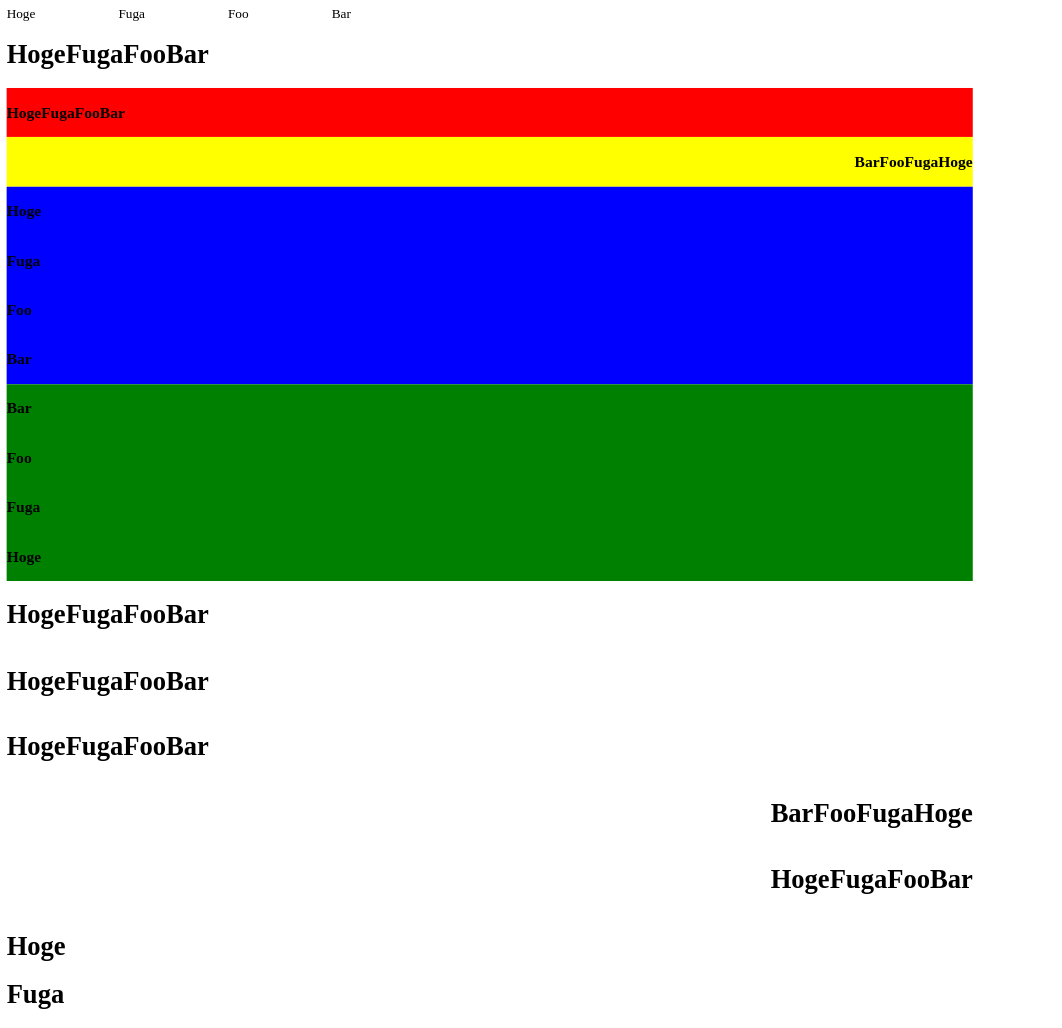
Repository: sachiko23/samurai_HTML-CSS
Page: flexbox.html
The author's editor kept a record of every edit. The page is drawn from the files as they stood at one moment, then again after the next edit.
The browser window is 1280 px wide. The pictures show the whole page, at 83% of full size.

Above is the page before.

### flexbox.html
<html lang="ja">
    <head>
        <style>
            .sort {
                display: flex;
                flex-wrap: wrap;
            }
            div {
                margin-right: 100px;
            }
            .parent {
                display: flex;
            }
            #sort {
                display: flex;
                flex-direction: row;
                background-color: red;
            }

            #reverse {
                display: flex;
                flex-direction: row-reverse;
                background-color: yellow;
            }

            #column {
                display: flex;
                flex-direction: column;
                background-color: blue;
            }

            #column-reverse {
                display: flex;
                flex-direction: column-reverse;
                background-color: green;
            }
            #no-wrap {
                display: flex;
                flex-wrap: nowrap;
            }
            #wrap {
                display: flex;
                flex-wrap: wrap;
            }
            #wrap-reverse {
                display: flex;
                flex-wrap: wrap-reverse;
            }
            #flex-flow {
                display: flex;
                flex-flow: row-reverse wrap;
            }
            #flex-end {
                display: flex;
                justify-content: flex-end;
            }
            #flex-start {
                display: flex;
                align-items: flex-start;
            }

        </style>
    </head>
    <body>
        <div class="sort">
            <div>
                Hoge
            </div>
            <div>
                Fuga
            </div>
            <div>
                Foo
            </div>
            <div>
                Bar
            </div>
        </div>
        <div class="parent">
            <h1>Hoge</h1>
            <h1>Fuga</h1>
            <h1>Foo</h1>
            <h1>Bar</h1>
        </div>
        <div id="sort">
            <h3>Hoge</h3>
            <h3>Fuga</h3>
            <h3>Foo</h3>
            <h3>Bar</h3>
        </div>
        <div id="reverse">
            <h3>Hoge</h3>
            <h3>Fuga</h3>
            <h3>Foo</h3>
            <h3>Bar</h3>
        </div>
        <div id="column">
            <h3>Hoge</h3>
            <h3>Fuga</h3>
            <h3>Foo</h3>
            <h3>Bar</h3>
        </div>
        <div id="column-reverse">
            <h3>Hoge</h3>
            <h3>Fuga</h3>
            <h3>Foo</h3>
            <h3>Bar</h3>
        </div>
        <div id="no-wrap">
            <h1>Hoge</h1>
            <h1>Fuga</h1>
            <h1>Foo</h1>
            <h1>Bar</h1>
        </div>
        <div id="wrap">
            <h1>Hoge</h1>
            <h1>Fuga</h1>
            <h1>Foo</h1>
            <h1>Bar</h1>
        </div>
        <div id="wrap-reverse">
            <h1>Hoge</h1>
            <h1>Fuga</h1>
            <h1>Foo</h1>
            <h1>Bar</h1>
        </div>
        <div id="flex-flow">
            <h1>Hoge</h1>
            <h1>Fuga</h1>
            <H1>Foo</H1>
            <h1>Bar</h1>
        </div>
        <div id="flex-end">
            <h1>Hoge</h1>
            <h1>Fuga</h1>
            <h1>Foo</h1>
            <h1>Bar</h1>
        </div>
        <div id="flex-starrt">
        <h1>Hoge</h1>
        <h1>Fuga</h1>
        </div>
    </body>
</html>

After the next edit:
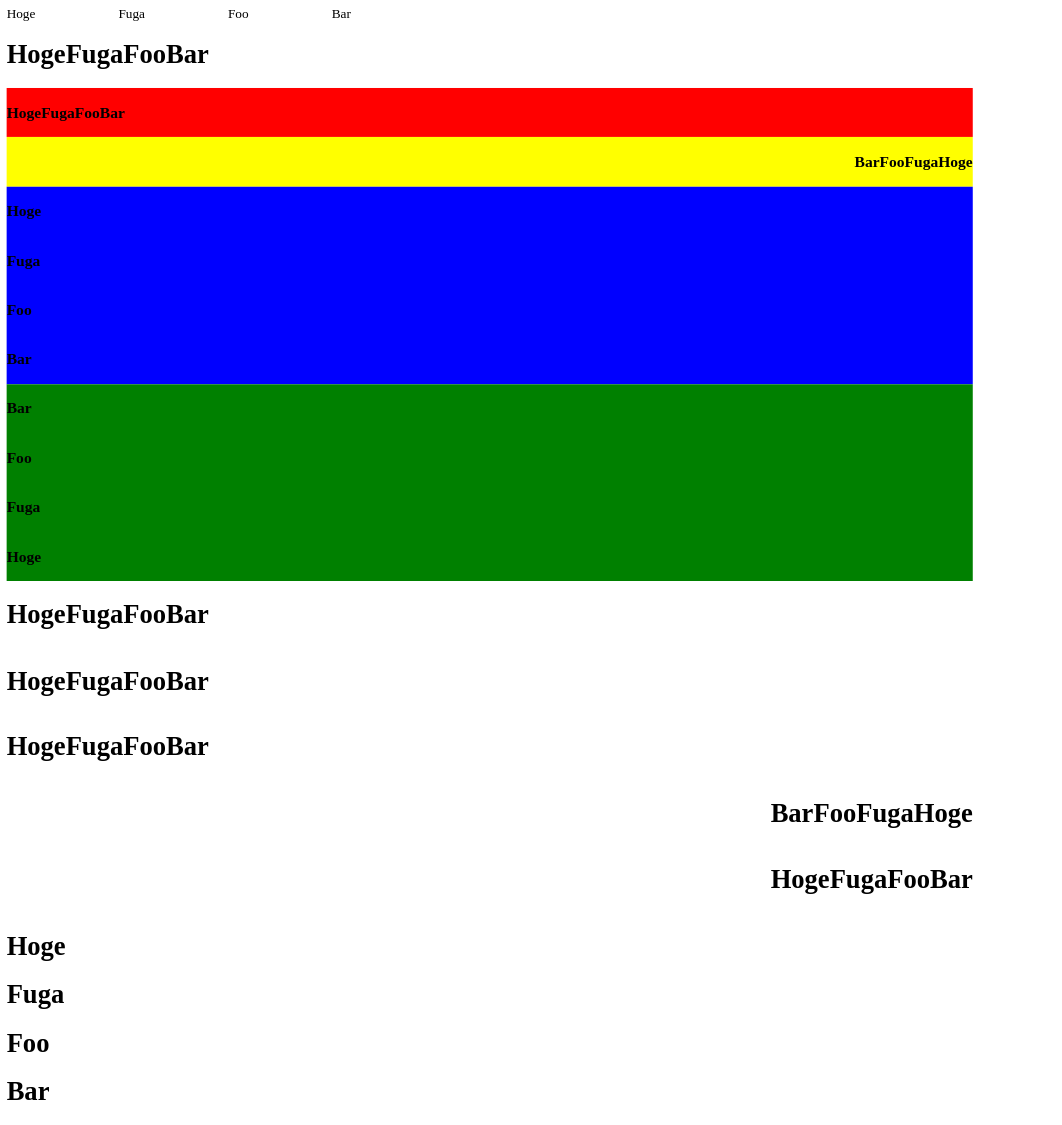
The edit:
--- a/flexbox.html
+++ b/flexbox.html
@@ -137,8 +137,10 @@
             <h1>Bar</h1>
         </div>
         <div id="flex-starrt">
-        <h1>Hoge</h1>
-        <h1>Fuga</h1>
+            <h1>Hoge</h1>
+            <h1>Fuga</h1>
+            <h1>Foo</h1>
+            <h1>Bar</h1>
         </div>
     </body>
 </html>
